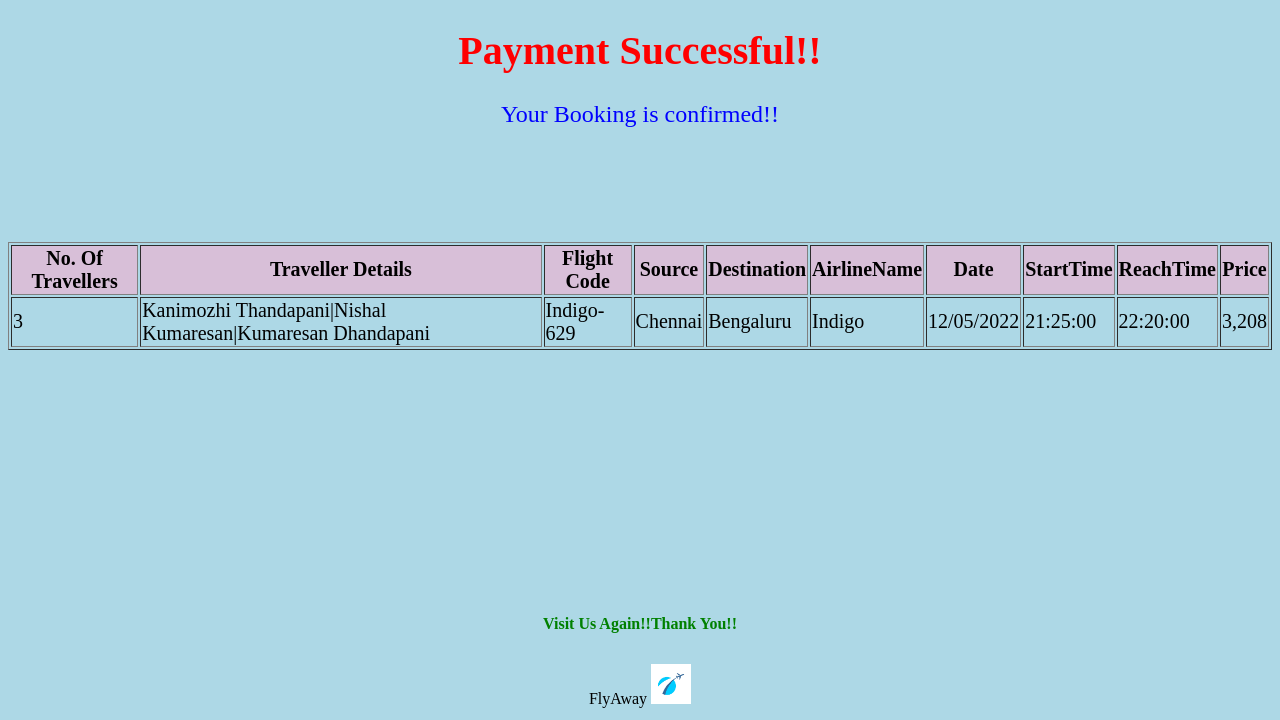
Repository: KanimozhiThandapani/Phase2AirlineBookingProject
Page: http://localhost/AirlineBooking/paymentPage.jsp
These files come from the project's save history. The page is drawn as it stood at one moment and after the next save; the edit follows.
The browser window is 1280 px wide. The pictures show the whole page.
The page is served by Tomcat 9. Other server files are loaded and not shown.

Above is the page before, as saved 2022-04-26 10:44:15.

### AirlineBooking/WebContent/paymentPage.jsp
<%@ page language="java" contentType="text/html; charset=ISO-8859-1"
    pageEncoding="ISO-8859-1"%>
<!DOCTYPE html>
<html lang="en">
<head>
<style>
  h1 {
  text-align: center;
  font-size: 2.5em;
  color: red;
}
h2 {
  text-align: center;
  font-size: 1em;
  color: green;
}
p {
  text-align: center;
  font-size: 1.5em;
  color: blue;
}

th, td {
    font-size: 20px;
  }

</style>
</head>
<body style="background-color:lightblue;">
<h1>Payment Successful!!</h1>
<p>Your Booking is confirmed!!</p>

<div align="center">

   <br> <br> <br> <br> <br>
   <table align="center" border="1">
   <tr bgcolor="thistle" >
          <th><b>No. Of Travellers</b></th>
          <th><b>Traveller Details</b></th>
          <th><b>Flight Code</b></th>
          <th><b>Source</b></th>
          <th><b>Destination</b></th>
          <th><b>AirlineName</b></th>
          <th><b>Date</b></th>
          <th><b>StartTime</b></th>
          <th><b>ReachTime</b></th>
          <th><b>Price</b></th>
    </tr>

   <tr>
                    <td>3</td>
                    <td>Kanimozhi Thandapani|Nishal Kumaresan|Kumaresan Dhandapani</td>
                    <td>Indigo-629</td>
					<td>Chennai</td>
					<td>Bengaluru</td>
					<td>Indigo</td>
					<td>12/05/2022</td>
					<td>21:25:00</td>
					<td>22:20:00</td>
					<td>3,208</td>
	</tr>

	</table>
	        <br> <br> <br> <br> <br> <br> <br> <br><br> <br><br> <br><br> <br>
			<h2>Visit Us Again!!Thank You!!</h2>
			<br>
			<h>FlyAway</h>
            <img src="airline.jpg" alt="Lamp" width="40" height="40">


   </div>

</body>
</html>

After the next save:
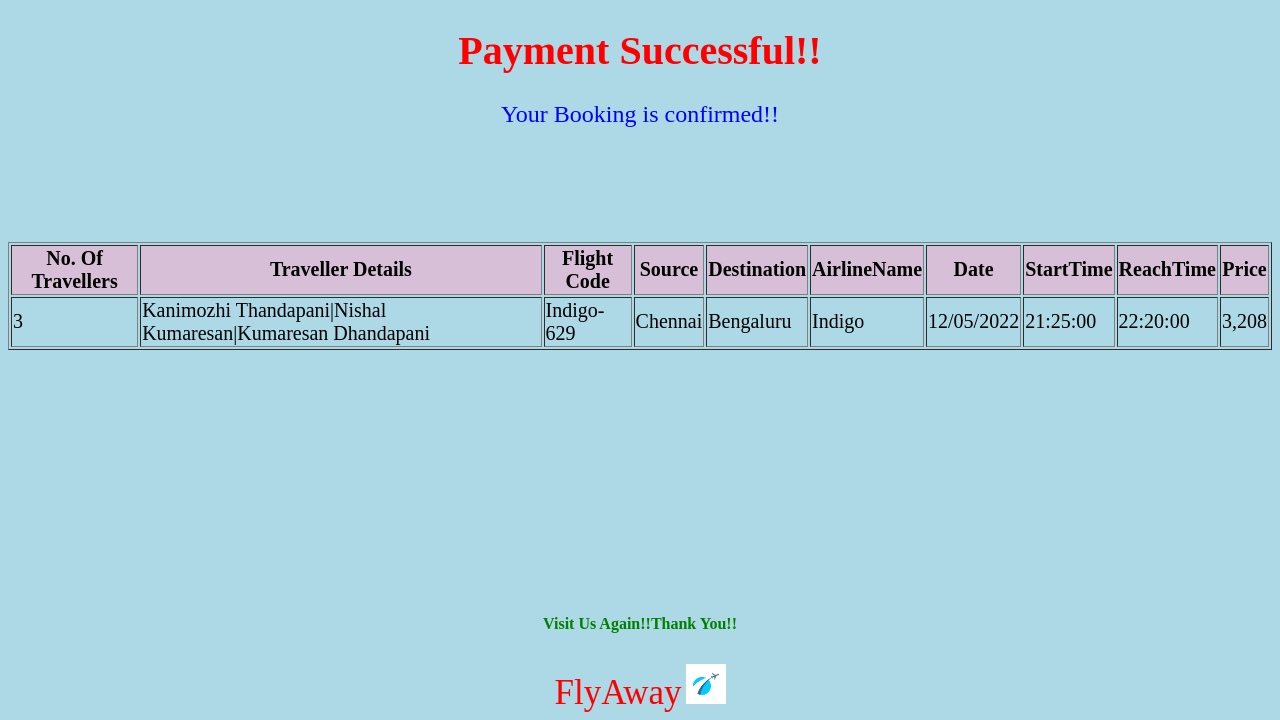
Saved 30 s later.
--- a/AirlineBooking/WebContent/paymentPage.jsp
+++ b/AirlineBooking/WebContent/paymentPage.jsp
@@ -4,6 +4,11 @@
 <html lang="en">
 <head>
 <style>
+ h {
+  font-size: 35px;
+  color: red;
+  font-family: 'Brush Script MT', cursive;
+}
   h1 {
   text-align: center;
   font-size: 2.5em;
